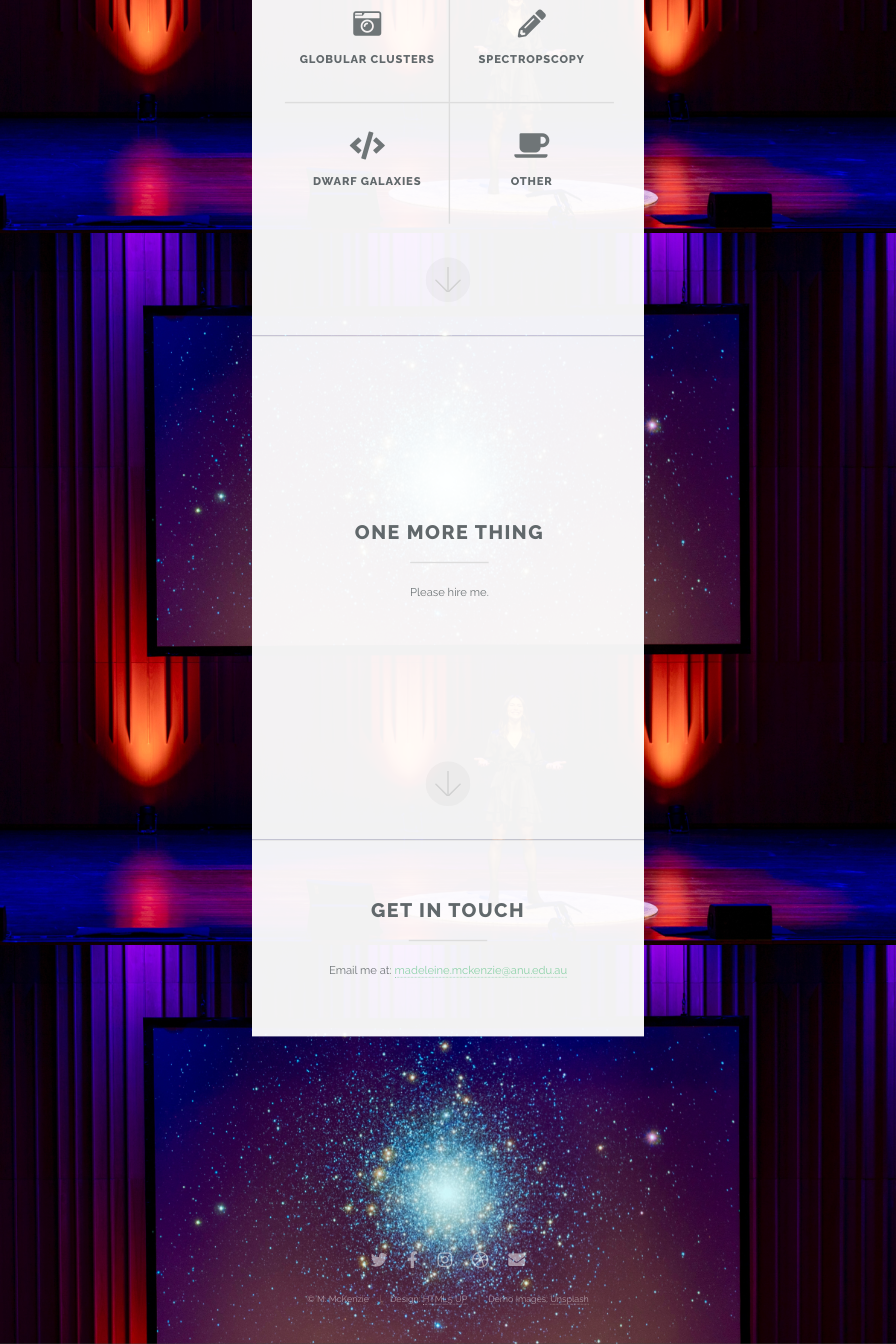
Repository: madeleine-mckenzie/madeleine-mckenzie.github.io
Page: index.html
The author's editor kept a copy of each file at every save. The page is drawn from the files as they stood at one save, then again after the next save.
The browser window is 1280 px wide. The pictures show the part of the page from y = 1701 to 3621 px (the page is 3621 px tall), at 70% of full size.
Backgrounds fixed to the window are drawn as part of the page.

Above is the page before, as saved 2023-08-12 18:59:25.

### index.html
<!DOCTYPE HTML>
<html>

<head>
    <title>M. McKenzie</title>
    <meta charset="utf-8" />
    <meta name="viewport" content="width=device-width, initial-scale=1, user-scalable=no" />
    <link rel="stylesheet" href="assets/css/main.css" />
    <style>
        /* Add this style block to your head section */
        body {
            background: url('images/2023_ANU_3MT_20230727_ANU2022 3.jpg') no-repeat center center fixed;
            background-size: cover; /* Cover the viewport */
        }
    </style>
</head>

<body class="is-preload">

    <!-- Header -->
    <section id="header">
        <header class="major">
            <h1>Madeleine L. McKenzie</h1>
            <p>PhD candidate at the Australian National University</a></p>
        </header>
        <div class="container">
            <ul class="actions special">
                <li><a href="#one" class="button primary scrolly">More</a></li>
            </ul>
        </div>
    </section>

    <!-- One -->
    <section id="one" class="main special">
        <div class="container">
            <!-- Removed the inline image -->
            <div class="content">
                <header class="major">
                    <h2>Who I am</h2>
                </header>
                <p>Australian astrophysicist interested in all things Milky Way.</p>
            </div>
            <a href="#two" class="goto-next scrolly">Next</a>
        </div>
    </section>

    <!-- Two -->
    <section id="two" class="main special">
        <div class="container">
            <!-- Removed the inline image -->
            <div class="content">
                <header class="major">
                    <h2>Stuff I do</h2>
                </header>
                <p>Anything globular cluster related.</p>
                <ul class="icons-grid">
                    <li>
                        <span class="icon solid major fa-camera-retro"></span>
                        <h3>Globular clusters</h3>
                    </li>
                    <li>
                        <span class="icon solid major fa-pencil-alt"></span>
                        <h3>Spectropscopy</h3>
                    </li>
                    <li>
                        <span class="icon solid major fa-code"></span>
                        <h3>Dwarf galaxies</h3>
                    </li>
                    <li>
                        <span class="icon solid major fa-coffee"></span>
                        <h3>Other</h3>
                    </li>
                </ul>
            </div>
            <a href="#three" class="goto-next scrolly">Next</a>
        </div>
    </section>

    <!-- Three -->
    <section id="three" class="main special">
        <div class="container">
            <!-- Removed the inline image -->
            <div class="content">
                <header class="major">
                    <h2>One more thing</h2>
                </header>
                <p>Please hire me.</p>
            </div>
            <a href="#footer" class="goto-next scrolly">Next</a>
        </div>
    </section>

    <!-- Footer -->
    <section id="footer">
        <div class="container">
            <header class="major">
                <h2>Get in touch</h2>
            </header>
            <p>Email me at: <a href="mailto:madeleine.mckenzie@anu.edu.au">madeleine.mckenzie@anu.edu.au</a></p>
        </div>
        <footer>
            <ul class="icons">
                <li><a href="#" class="icon brands alt fa-twitter"><span class="label">Twitter</span></a></li>
                <li><a href="#" class="icon brands alt fa-facebook-f"><span class="label">Facebook</span></a></li>
                <li><a href="#" class="icon brands alt fa-instagram"><span class="label">Instagram</span></a></li>
                <li><a href="#" class="icon brands alt fa-dribbble"><span class="label">Dribbble</span></a></li>
                <li><a href="mailto:your-email@example.com" class="icon solid alt fa-envelope"><span class="label">Email</span></a></li>
            </ul>
            <ul class="copyright">
                <li>&copy; M. McKenzie</li>
                <li>Design: <a href="http://html5up.net">HTML5 UP</a></li>
                <li>Demo Images: <a href="http://unsplash.com">Unsplash</a></li>
            </ul>
        </footer>
    </section>

    <!-- Scripts -->
    <script src="assets/js/jquery.min.js"></script>
    <script src="assets/js/jquery.scrollex.min.js"></script>
    <script src="assets/js/jquery.scrolly.min.js"></script>
    <script src="assets/js/browser.min.js"></script>
    <script src="assets/js/breakpoints.min.js"></script>
    <script src="assets/js/util.js"></script>
    <script src="assets/js/main.js"></script>

</body>

</html>

Loaded but not shown: assets/js/jquery.min.js (library); assets/js/jquery.scrollex.min.js (common file); assets/js/jquery.scrolly.min.js (common file); assets/js/browser.min.js (common file); assets/js/breakpoints.min.js (common file); assets/css/fontawesome-all.min.css (library); assets/js/util.js (587 lines, source omitted); assets/js/main.js (174 lines, source omitted); assets/css/main.css (3144 lines, source omitted)

After the next save:
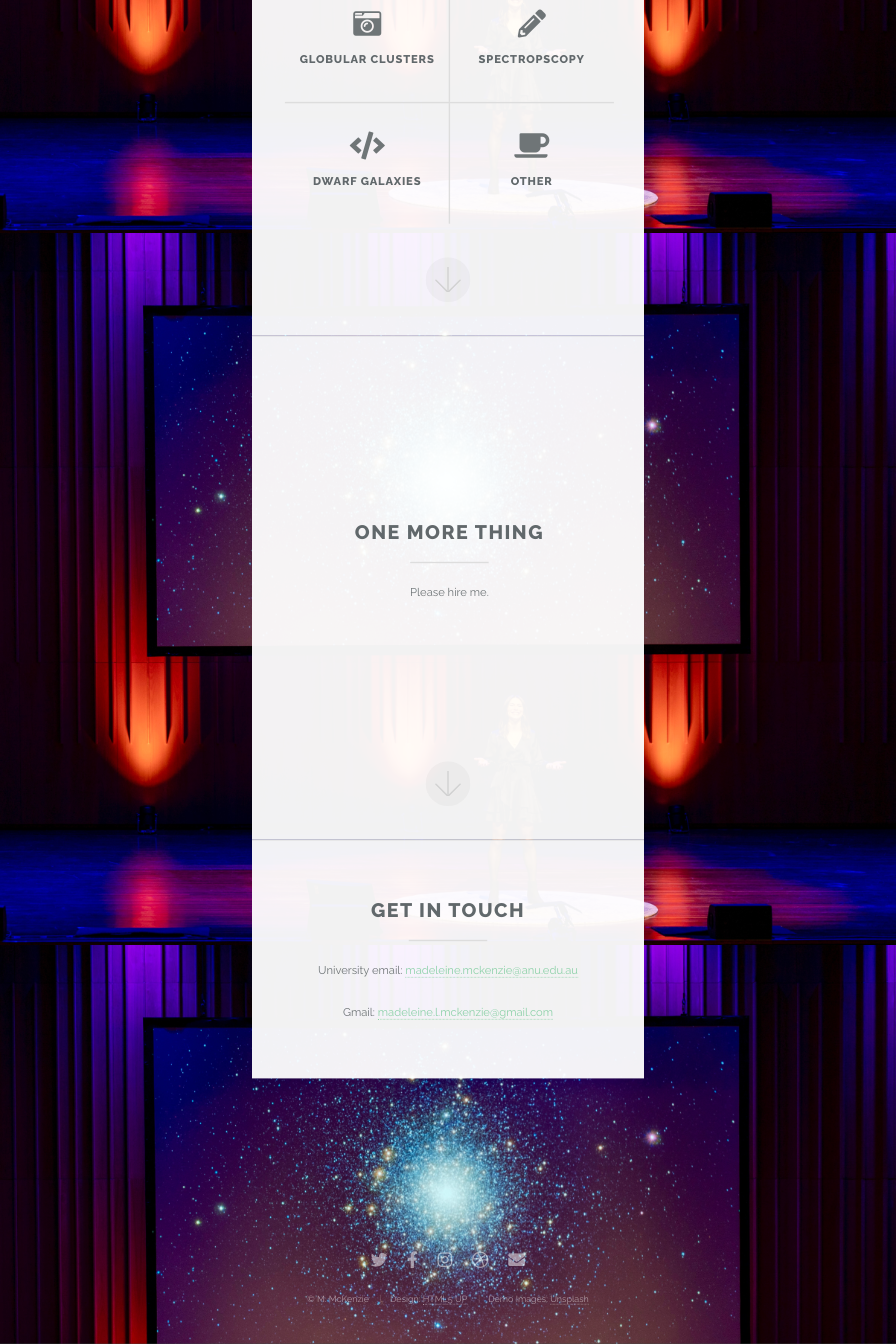
Saved 6 min 37 s later.
--- a/index.html
+++ b/index.html
@@ -96,7 +96,9 @@
             <header class="major">
                 <h2>Get in touch</h2>
             </header>
-            <p>Email me at: <a href="mailto:madeleine.mckenzie@anu.edu.au">madeleine.mckenzie@anu.edu.au</a></p>
+            <p>University email: <a href="mailto:madeleine.mckenzie@anu.edu.au">madeleine.mckenzie@anu.edu.au</a></p>
+			<p>Gmail: <a href="mailto:madeleine.mckenzie@anu.edu.au">madeleine.l.mckenzie@gmail.com</a></p>
+
         </div>
         <footer>
             <ul class="icons">
